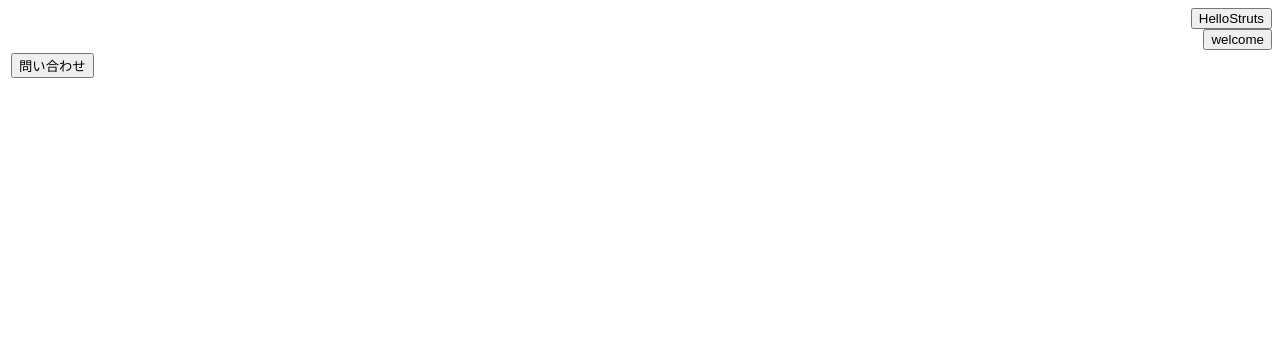
Repository: takahashisho/test
Page: http://localhost/WebProj/
These files come from the project's save history. The page is drawn as it stood at one moment and after the next save; the edit follows.
The browser window is 1280 px wide. The pictures show the whole page.
The page is served by Tomcat 9.

Above is the page before, as saved 2018-04-13 11:26:11.

After the next save:
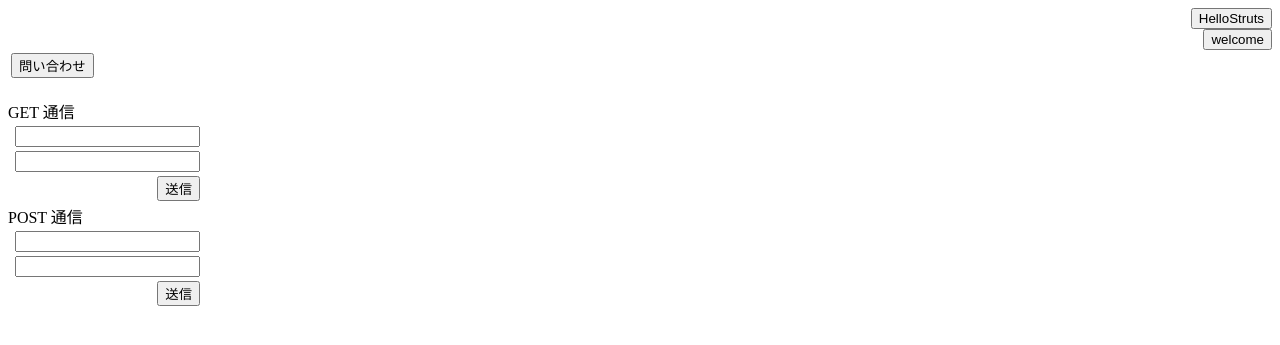
Saved 13 min 33 s later.
--- a/WebProj/WebContent/index.jsp
+++ b/WebProj/WebContent/index.jsp
@@ -19,6 +19,19 @@
 <s:form action="InquiryAction">
 	<s:submit value="問い合わせ"/>
 	</s:form>
+<br>
+GET 通信
+<s:form method="get" action="TestAction">
+<s:textfield name="username"/>
+<s:password name="password"/>
+<s:submit value="送信"/>
+</s:form>
+POST 通信
+<s:form method="post" action="TestAction">
+<s:textfield name="username"/>
+<s:password name="password"/>
+<s:submit value="送信"/>
+</s:form>
 
 </body>
 </html>
